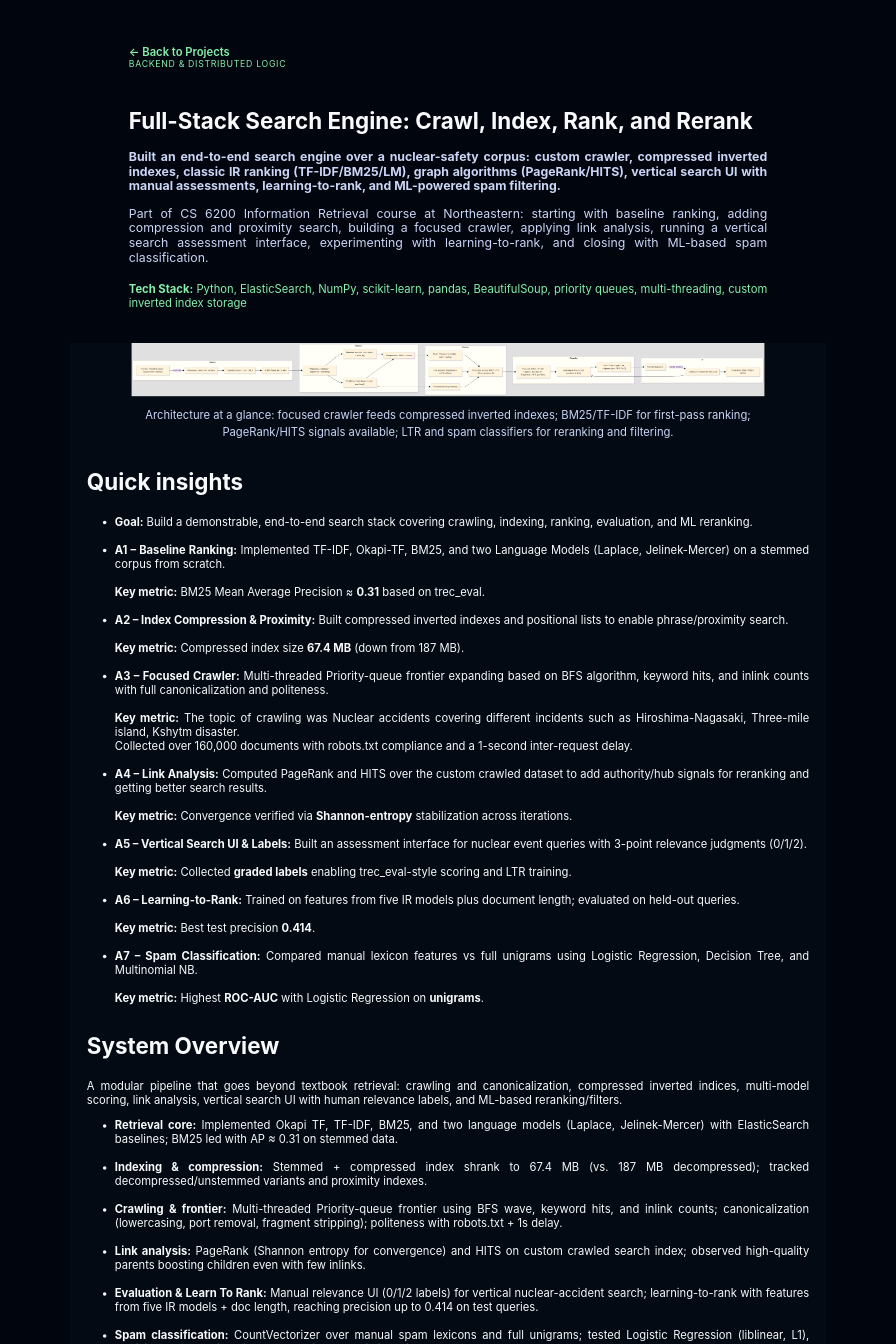
Repository: Abdulaziz-04/Abdulaziz-04.github.io
Page: deepdives/backend_systems/search_engine/search_engine.html
The author's editor kept a copy of each file at every save. The page is drawn from the files as they stood at one save, then again after the next save.
The browser window is 1280 px wide. The pictures show the part of the page from y = 0 to 1920 px (the page is 4598 px tall before and 4602 px after), at 70% of full size.
A picture or video elsewhere on the page could not be fetched, so the positions and the page height are approximate.

Above is the page before, as saved 2025-11-21 18:47:54.

### deepdives/backend_systems/search_engine/search_engine.html
<!DOCTYPE html>
<html lang="en">
  <head>
    <meta charset="UTF-8" />
    <meta name="viewport" content="width=device-width, initial-scale=1" />
    <title>Full-Stack Search Engine: Crawl, Index, Rank, and Rerank</title>
    <link rel="stylesheet" href="../../../assets/css/styles.css" />
  </head>

  <body class="project-detail-page">
    <header class="detail-hero">
      <a class="category-back" href="../../../projects/backend_systems.html">
        &larr; Back to Projects
      </a>

      <p
        class="category-pill"
        onclick="window.location.href='../../../projects/backend_systems.html'"
      >
        Backend &amp; Distributed Logic
      </p>
      <br />

      <h1>Full-Stack Search Engine: Crawl, Index, Rank, and Rerank</h1>

      <p class="detail-summary">
        <b>
          Built an end-to-end search engine over a nuclear-safety corpus: custom
          crawler, compressed inverted indexes, classic IR ranking
          (TF-IDF/BM25/LM), graph algorithms (PageRank/HITS), vertical search UI
          with manual assessments, learning-to-rank, and ML-powered spam
          filtering.
        </b>
      </p>

      <p class="detail-summary">
        Part of CS 6200 Information Retrieval course at Northeastern: starting
        with baseline ranking, adding compression and proximity search, building
        a focused crawler, applying link analysis, running a vertical search
        assessment interface, experimenting with learning-to-rank, and closing
        with ML-based spam classification.
      </p>

      <ul class="detail-meta">
        <li>
          <strong>Tech Stack:</strong>
          Python, ElasticSearch, NumPy, scikit-learn, pandas, BeautifulSoup,
          priority queues, multi-threading, custom inverted index storage
        </li>
      </ul>
    </header>

    <main class="section detail-content">
      <!-- HERO IMAGE -->
      <section class="detail-section detail-hero-gif">
        <figure class="gallery-item gallery-item--wide">
          <img
            src="./images/flow.png"
            alt="System architecture: crawler → indexer → ranker → reranker → UI"
            style="display: block; margin: 0 auto; max-width: 95%; height: auto"
          />
          <figcaption style="text-align: center">
            Architecture at a glance: focused crawler feeds compressed inverted
            indexes; BM25/TF-IDF for first-pass ranking; PageRank/HITS signals
            available; LTR and spam classifiers for reranking and filtering.
          </figcaption>
        </figure>
      </section>

      <!-- QUICK INSIGHTS -->
      <section class="detail-section">
        <h2>Quick insights</h2>
        <ul class="psr-list">
          <li>
            <strong>Goal:</strong>
            Build a demonstrable, end-to-end search stack covering crawling,
            indexing, ranking, evaluation, and ML reranking.
          </li>
          <br />
          <li>
            <strong>A1 – Baseline Ranking:</strong> Implemented TF-IDF,
            Okapi-TF, BM25, and two Language Models (Laplace, Jelinek-Mercer) on
            a stemmed corpus from scratch. <br /><br />
            <b>Key metric:</b> BM25 Mean Average Precision ≈ <b>0.31</b> based
            on trec_eval.
          </li>
          <br />
          <li>
            <strong>A2 – Index Compression &amp; Proximity:</strong> Built
            compressed inverted indexes and positional lists to enable
            phrase/proximity search. <br /><br />
            <b>Key metric:</b> Compressed index size <b>67.4&nbsp;MB</b> (down
            from 187&nbsp;MB).
          </li>
          <br />
          <li>
            <strong>A3 – Focused Crawler:</strong> Multi-threaded Priority-queue
            frontier expanding based on BFS algorithm, keyword hits, and inlink
            counts with full canonicalization and politeness. <br /><br />
            <b>Key metric:</b>
            The topic of crawling was Nuclear accidents covering different
            incidents such as Hiroshima-Nagasaki, Three-mile island, Kshytm
            disaster.
            <br />
            Collected over 160,000 documents with robots.txt compliance and a
            1-second inter-request delay.
          </li>
          <br />
          <li>
            <strong>A4 – Link Analysis:</strong> Computed PageRank and HITS over
            the custom crawled dataset to add authority/hub signals for
            reranking and getting better search results. <br />
            <br />
            <b>Key metric:</b> Convergence verified via
            <b>Shannon-entropy</b> stabilization across iterations.
          </li>
          <br />
          <li>
            <strong>A5 – Vertical Search UI &amp; Labels:</strong> Built an
            assessment interface for nuclear event queries with 3-point
            relevance judgments (0/1/2). <br />
            <br />
            <b>Key metric:</b> Collected <b>graded labels</b> enabling
            trec_eval-style scoring and LTR training.
          </li>
          <br />
          <li>
            <strong>A6 – Learning-to-Rank:</strong> Trained on features from
            five IR models plus document length; evaluated on held-out queries.
            <br />
            <br />
            <b>Key metric:</b> Best test precision <b>0.414</b>.
          </li>
          <br />
          <li>
            <strong>A7 – Spam Classification:</strong> Compared manual lexicon
            features vs full unigrams using Logistic Regression, Decision Tree,
            and Multinomial NB. <br />
            <br />
            <b>Key metric:</b> Highest <b>ROC-AUC</b> with Logistic Regression
            on <b>unigrams</b>.
          </li>
        </ul>
      </section>

      <!-- SYSTEM OVERVIEW -->
      <section class="detail-section">
        <h2>System Overview</h2>
        <p>
          A modular pipeline that goes beyond textbook retrieval: crawling and
          canonicalization, compressed inverted indices, multi-model scoring,
          link analysis, vertical search UI with human relevance labels, and
          ML-based reranking/filters.
        </p>

        <ul>
          <li>
            <b>Retrieval core:</b>
            Implemented Okapi TF, TF-IDF, BM25, and two language models
            (Laplace, Jelinek-Mercer) with ElasticSearch baselines; BM25 led
            with AP ≈ 0.31 on stemmed data.
          </li>
          <br />
          <li>
            <b>Indexing &amp; compression:</b>
            Stemmed + compressed index shrank to 67.4 MB (vs. 187 MB
            decompressed); tracked decompressed/unstemmed variants and proximity
            indexes.
          </li>
          <br />
          <li>
            <b>Crawling &amp; frontier:</b>
            Multi-threaded Priority-queue frontier using BFS wave, keyword hits,
            and inlink counts; canonicalization (lowercasing, port removal,
            fragment stripping); politeness with robots.txt + 1s delay.
          </li>
          <br />
          <li>
            <b>Link analysis:</b>
            PageRank (Shannon entropy for convergence) and HITS on custom
            crawled search index; observed high-quality parents boosting
            children even with few inlinks.
          </li>
          <br />
          <li>
            <b>Evaluation &amp; Learn To Rank:</b>
            Manual relevance UI (0/1/2 labels) for vertical nuclear-accident
            search; learning-to-rank with features from five IR models + doc
            length, reaching precision up to 0.414 on test queries.
          </li>
          <br />
          <li>
            <b>Spam classification:</b>
            CountVectorizer over manual spam lexicons and full unigrams; tested
            Logistic Regression (liblinear, L1), Decision Tree, Multinomial NB;
            full unigram Logistic delivered best ROC-AUC.
          </li>
        </ul>
      </section>

      <!-- RESPONSE EXAMPLES GALLERY -->
      <section class="detail-section detail-gallery">
        <h2>Sample outputs</h2>
        <div class="gallery-row gallery-row--two">
          <figure class="gallery-item">
            <a href="./images/search-results-placeholder.png" target="_blank">
              <img
                src="./images/search-results-placeholder.png"
                alt="Search results list with highlights and BM25 scores"
              />
            </a>
            <figcaption>
              BM25-ranked results with snippet highlights and scores.
            </figcaption>
          </figure>

          <figure class="gallery-item">
            <a href="./images/index-stats-placeholder.png" target="_blank">
              <img
                src="./images/index-stats-placeholder.png"
                alt="Index size comparison: compressed vs decompressed"
              />
            </a>
            <figcaption>
              Index size and proximity index metrics (67.4 MB compressed vs. 187
              MB decompressed stemmed).
            </figcaption>
          </figure>
        </div>

        <div class="gallery-row gallery-row--two">
          <figure class="gallery-item">
            <a href="./images/ltr-placeholder.png" target="_blank">
              <img
                src="./images/ltr-placeholder.png"
                alt="Learning-to-rank precision chart"
              />
            </a>
            <figcaption>
              Learning-to-rank precision curve; best test precision 0.414.
            </figcaption>
          </figure>

          <figure class="gallery-item">
            <a href="./images/spam-roc-placeholder.png" target="_blank">
              <img
                src="./images/spam-roc-placeholder.png"
                alt="ROC curve for spam classifier"
              />
            </a>
            <figcaption>
              Spam classifier ROC-AUC: Logistic with full unigrams leads.
            </figcaption>
          </figure>
        </div>
      </section>

      <!-- ARCHITECTURE & DESIGN -->
      <section class="detail-section">
        <h2>Architecture and design choices</h2>
        <p>
          Designed to showcase both IR fundamentals and practical trade-offs:
          efficiency (compression, proximity), relevance (BM25 vs LM), authority
          (PageRank/HITS), and learning-based reranking.
        </p>

        <ul>
          <li>
            <b>Index variants:</b>
            Stemmed/unstemmed, compressed/decompressed; proximity lists for
            phrase queries (proximity Average Precision: 0.2313 for stemmed and
            0.1814 for unstemmed).
          </li>
          <br />
          <li>
            <b>Candidate generation:</b>
            Heap-based top-k retrieval; doc-length normalized and cached;
            multilingual stopword handling via ElasticSearch analyzers.
          </li>
          <br />
          <li>
            <b>Link signals:</b>
            PageRank on merged crawled index; HITS hubs/authorities skewed
            toward Wikipedia for topical queries, improving diversity over
            PageRank.
          </li>
          <br />
          <li>
            <b>Assessment loop:</b>
            Vertical search UI captures 3-point relevance labels (0/1/2) per
            result; stored as space-separated text for trec_eval-style scoring.
          </li>
          <br />
          <li>
            <b>LTR features:</b>
            Five IR scores (TF-IDF, Okapi-TF, BM25, Laplace, JM) + doc length;
            per-query split via random shuffle; balanced train/test precision.
          </li>
          <br />
          <li>
            <b>Spam pipeline:</b>
            Manual spam lexicon vs. full unigrams; CountVectorizer sparse
            matrices; compared Logistic, Decision Tree, Multinomial NB; unigrams
            outperformed manual lists, highlighting feature coverage.
          </li>
        </ul>
      </section>

      <!-- EDGE CASES & ROBUSTNESS -->
      <section class="detail-section">
        <h2>Edge cases and robustness</h2>
        <p>
          Focused on correctness and resilience across crawling, parsing, and
          scoring.
        </p>

        <ul>
          <li>
            <b>Canonicalization &amp; politeness:</b>
            Lowercasing, port stripping, fragment removal, duplicate slash
            cleanup; robots.txt honored; 1s inter-request delay; single-request
            per URL guard.
          </li>
          <br />
          <li>
            <b>Frontier fairness:</b>
            Priority queue blends BFS wave number, keyword hits, and inlink
            counts to avoid topic drift and reward authoritative seeds.
          </li>
          <br />
          <li>
            <b>Query parsing:</b>
            Token normalization, length normalization; language models tuned for
            sensitivity; BM25 for stability on sparse queries.
          </li>
          <br />
          <li>
            <b>Assessment UX:</b>
            Relevance dropdown prevents empty labels; results persisted on
            submit; clickable URLs to verify content before rating.
          </li>
          <br />
          <li>
            <b>Model sanity checks:</b>
            Compared manual spam features vs. full vocab to avoid underfitting;
            monitored over/underfit via precision bounds.
          </li>
        </ul>
      </section>

      <!-- SCALING & FUTURE ENHANCEMENTS -->
      <section class="detail-section">
        <h2>Scaling and future enhancements</h2>
        <p>Ready to grow from coursework to production-grade demo.</p>

        <ul>
          <li>
            <b>Sharding &amp; cache:</b>
            Shard the index by domain/time; add postings and query result cache
            (Redis) to reduce P95 latency.
          </li>
          <br />
          <li>
            <b>Reranking depth:</b>
            Introduce XGBoost with expanded features (PageRank, HITS, click
            priors) and cross-validation over query folds.
          </li>
          <br />
          <li>
            <b>Quality signals:</b>
            Add autocomplete with prefix tries, spell correction via k-grams and
            snippet generator with positional windows.
          </li>
          <br />
          <li>
            <b>Deployment:</b>
            Containerize crawler, indexer, API, and UI; use docker-compose for a
            single-node demo; add health checks and telemetry.
          </li>
          <br />
          <li>
            <b>Spam hardening:</b>
            Add character n-grams for obfuscation, URL reputation features, and
            threshold tuning for precision/recall trade-offs.
          </li>
        </ul>
      </section>

      <!-- IMPACT & LEARNINGS -->
      <section class="detail-section detail-impact">
        <h2>Impact and learnings</h2>
        <ul>
          <li>
            <b>IR depth:</b>
            Got the opportunity to design ElasticSearch from scratch and
            hands-on with classic retrieval models, proximity, compression, and
            graph algorithms, understanding when BM25 beats LMs and how link
            signals diversify results.
          </li>
          <br />
          <li>
            <b>Evaluation mindset:</b>
            Built a full relevance loop: manual labels, trec_eval metrics,
            precision tracking, and feature-driven LTR gains.
          </li>
          <br />
          <li>
            <b>ML integration:</b>
            Combined sparse text features with traditional IR scores; compared
            manual heuristics vs. data-driven vocabularies for spam detection.
          </li>
          <br />
          <li>
            <b>Systems thinking:</b>
            From crawling politeness to storage trade-offs, every stage is
            modular and independently testable for clearer scaling paths.
          </li>
        </ul>
      </section>
    </main>
  </body>
</html>

Loaded but not shown: assets/css/styles.css (941 lines, source omitted)

After the next save:
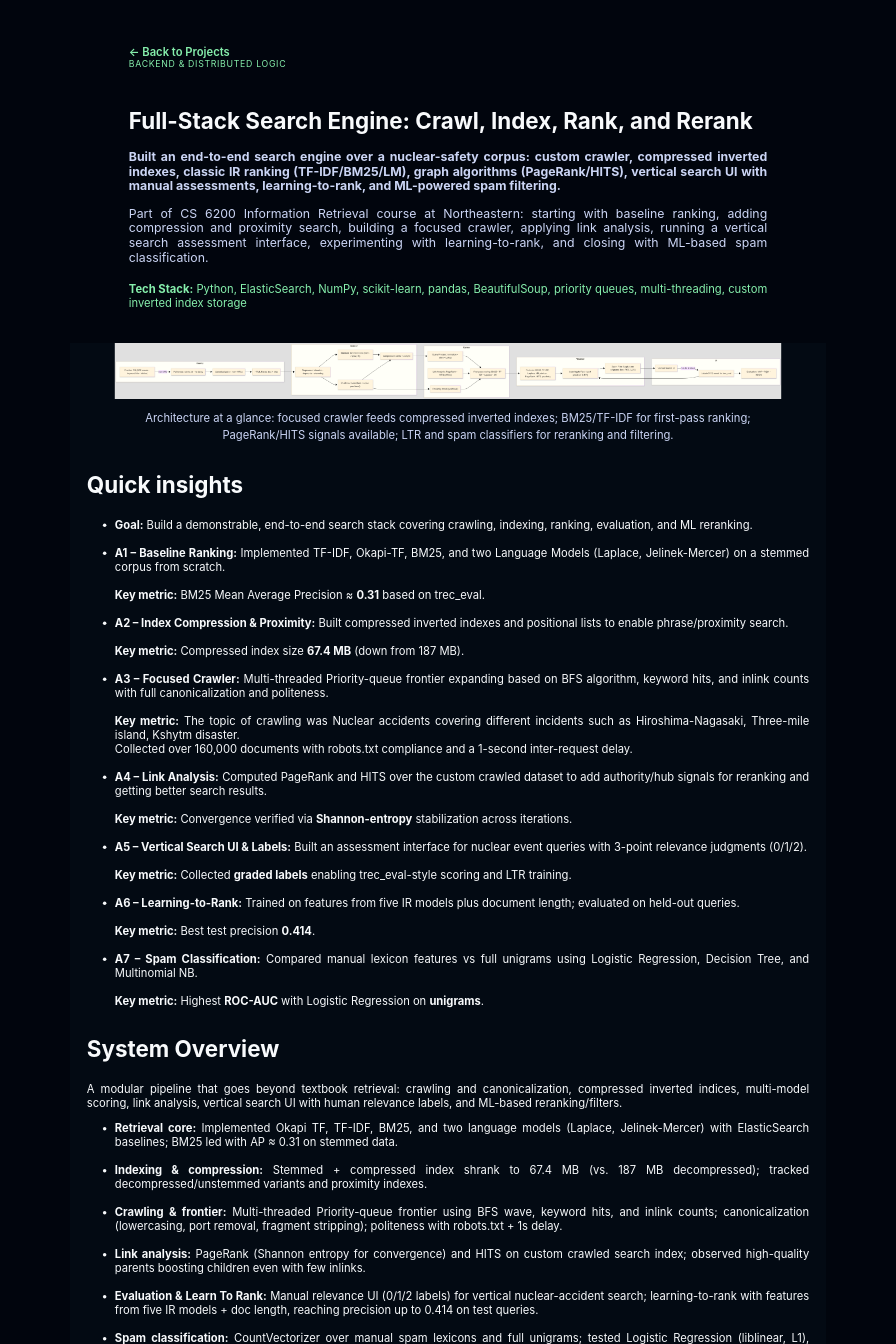
Saved 14 min 56 s later.
--- a/deepdives/backend_systems/search_engine/search_engine.html
+++ b/deepdives/backend_systems/search_engine/search_engine.html
@@ -57,7 +57,13 @@
           <img
             src="./images/flow.png"
             alt="System architecture: crawler → indexer → ranker → reranker → UI"
-            style="display: block; margin: 0 auto; max-width: 95%; height: auto"
+            style="
+              display: block;
+              margin: 0 auto;
+              width: 100%;
+              max-width: 20000px;
+              height: auto;
+            "
           />
           <figcaption style="text-align: center">
             Architecture at a glance: focused crawler feeds compressed inverted
